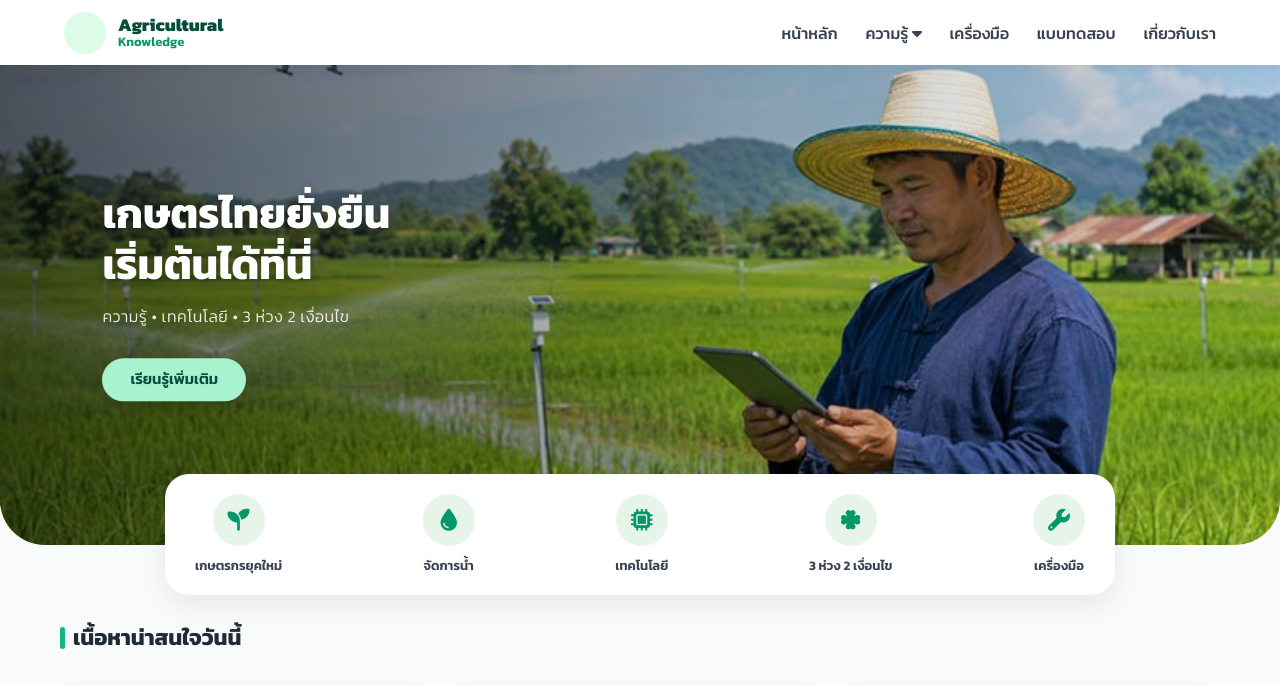
Repository: nuwat-wa/Project-WebdesignAG
Page: ag1.html
The author's editor kept a copy of each file at every save. The page is drawn from the files as they stood at one save, then again after the next save.
The browser window is 1280 px wide. The pictures show the part of the page from y = 0 to 685 px (the page is 1534 px tall).
Pictures or frames that could not be fetched are drawn as grey boxes.

Above is the page before, as saved 2026-09-25 19:24:03.

After the next save:
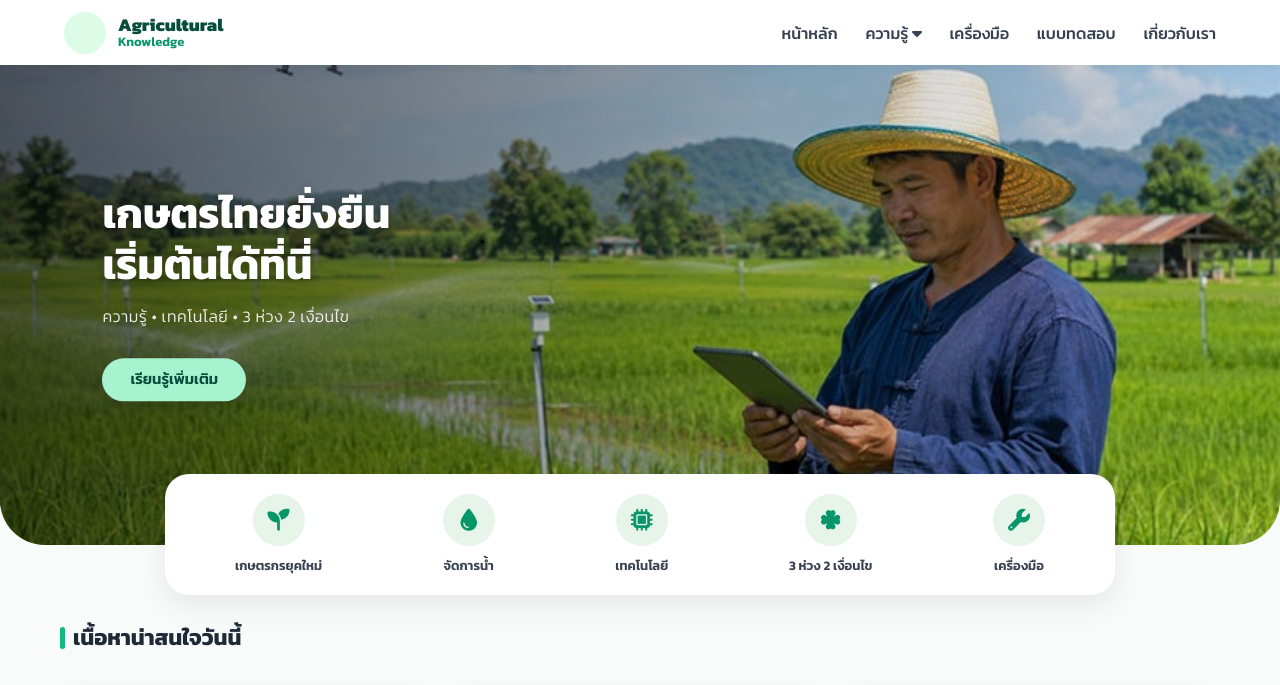
Saved 8 s later.
--- a/ag1.css
+++ b/ag1.css
@@ -201,7 +201,7 @@ html::-webkit-scrollbar {
   max-width: 950px;
   background: white;
   border-radius: 24px;
-  padding: 20px 30px;
+  padding: 20px 70px;
   display: flex;
   justify-content: space-between;
   align-items: center;
